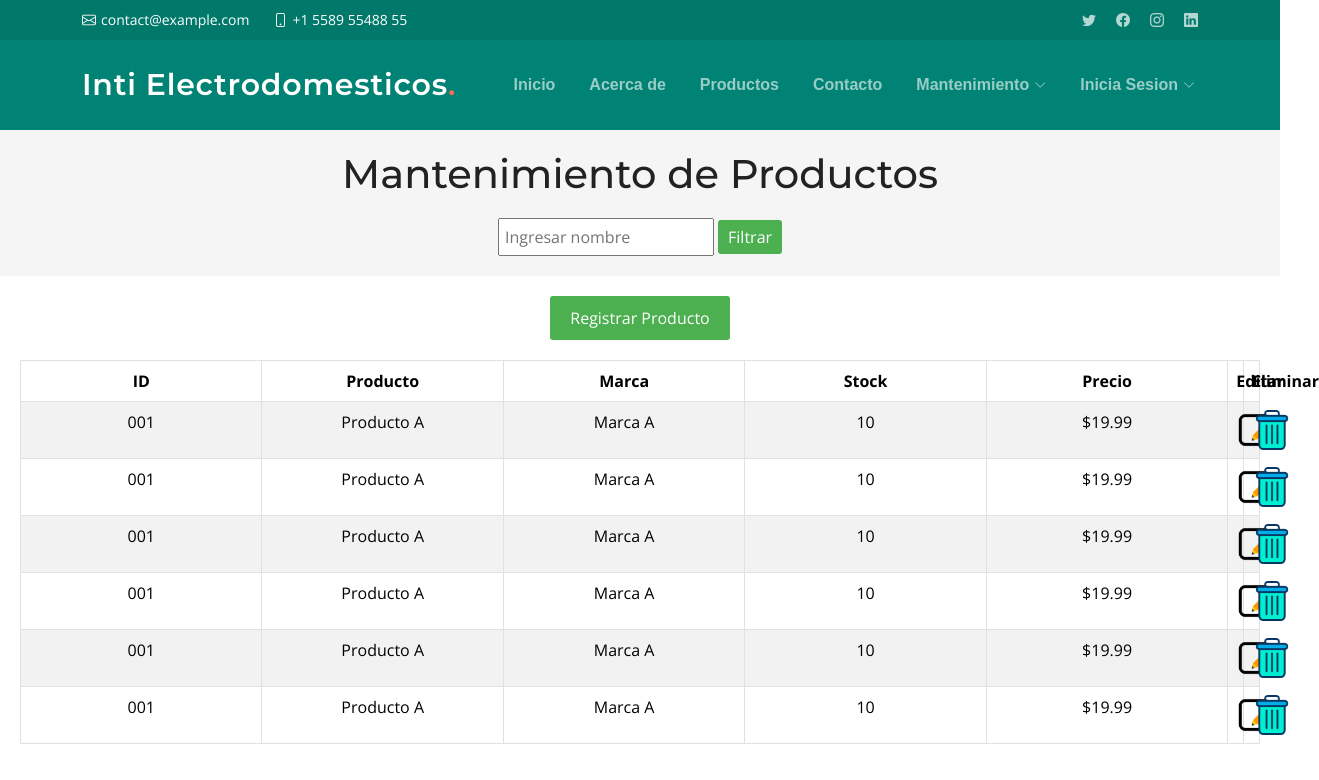
Repository: JReynaldoDelRio/DAWI---IntiElectrdomesticos
Page: http://localhost/mantenimientoProducto
The author's editor kept a copy of each file at every save. The page is drawn from the files as they stood at one save, then again after the next save.
The browser window is 1280 px wide. The page is 1319 px wide, then 1280 px, so the pictures cover 1319 px, including what lies to the right of the window. The pictures show the whole page.
Some web fonts or font styles are not loaded; a fallback is used. Some web libraries are served in a nearby version. The page is this project's Thymeleaf template; nobody is signed in. The template is opened directly, without the code that normally fills it, so the values that code supplies are empty.

Above is the page before, as saved 2023-06-07 17:29:52.

### IntiElectrodomesticos/src/main/resources/templates/mantenimientoProducto.html
<!DOCTYPE html>
<html>
<head>
<meta charset="ISO-8859-1">
  <meta charset="utf-8">
  <meta content="width=device-width, initial-scale=1.0" name="viewport">

<link rel="stylesheet" href="css/producto.css">

  <link href="assets/img/favicon.png" rel="icon">
  <link href="assets/img/apple-touch-icon.png" rel="apple-touch-icon">

  <link rel="preconnect" href="https://fonts.googleapis.com">
  <link rel="preconnect" href="https://fonts.gstatic.com" crossorigin>
  <link href="https://fonts.googleapis.com/css2?family=Open+Sans:ital,wght@0,300;0,400;0,500;0,600;0,700;1,300;1,400;1,600;1,700&family=Montserrat:ital,wght@0,300;0,400;0,500;0,600;0,700;1,300;1,400;1,500;1,600;1,700&family=Raleway:ital,wght@0,300;0,400;0,500;0,600;0,700;1,300;1,400;1,500;1,600;1,700&display=swap" rel="stylesheet">

  <link href="assets/vendor/bootstrap/css/bootstrap.min.css" rel="stylesheet">
  <link href="assets/vendor/bootstrap-icons/bootstrap-icons.css" rel="stylesheet">
  <link href="assets/vendor/aos/aos.css" rel="stylesheet">
  <link href="assets/vendor/glightbox/css/glightbox.min.css" rel="stylesheet">
  <link href="assets/vendor/swiper/swiper-bundle.min.css" rel="stylesheet">
  <link rel="stylesheet" href="https://cdn.jsdelivr.net/npm/bootstrap@5.7.1/dist/css/bootstrap.min.css">


  <link href="assets/css/main.css" rel="stylesheet">

<title>Mantenimiento Producto</title>
</head>
<body>

<section id="topbar" class="topbar d-flex align-items-center">
    <div class="container d-flex justify-content-center justify-content-md-between">
      <div class="contact-info d-flex align-items-center">
        <i class="bi bi-envelope d-flex align-items-center"><a href="mailto:contact@example.com">contact@example.com</a></i>
        <i class="bi bi-phone d-flex align-items-center ms-4"><span>+1 5589 55488 55</span></i>
      </div>
      <div class="social-links d-none d-md-flex align-items-center">
        <a href="#" class="twitter"><i class="bi bi-twitter"></i></a>
        <a href="#" class="facebook"><i class="bi bi-facebook"></i></a>
        <a href="#" class="instagram"><i class="bi bi-instagram"></i></a>
        <a href="#" class="linkedin"><i class="bi bi-linkedin"></i></i></a>
      </div>
    </div>
  </section>

  <header id="header" class="header d-flex align-items-center">

    <div class="container-fluid container-xl d-flex align-items-center justify-content-between">
      <a href="index.html" class="logo d-flex align-items-center">

        <!-- <img src="assets/img/logo.png" alt=""> -->
        <h1>Inti Electrodomesticos<span>.</span></h1>
      </a>
      <nav id="navbar" class="navbar">
        <ul>
          <li><a href="/inicio">Inicio</a></li>
          <li><a href="#about">Acerca de </a></li>

          <li><a href="#portfolio">Productos</a></li>



          <li><a href="#contact">Contacto</a></li>
          <li class="dropdown"><a href="#"><span>Mantenimiento</span> <i class="bi bi-chevron-down dropdown-indicator"></i></a>
            <ul>

              <li class="dropdown"><a href="/mantenimientoProducto"><span>Productos</span> <i class="bi bi-chevron-down dropdown-indicator"></i></a>
              </li>
              <li class="dropdown"><a href="#"><span>Cliente</span> <i class="bi bi-chevron-down dropdown-indicator"></i></a>
                <ul>
                  <li><a href="#">Listar</a></li>
                  <li><a href="#">Agregar</a></li>
                  <li><a href="#">Eliminar</a></li>
                  <li><a href="#">Actualizar</a></li>
                </ul>
              </li>
              <li class="dropdown"><a href="#"><span>Proveedor</span> <i class="bi bi-chevron-down dropdown-indicator"></i></a>
                <ul>
                  <li><a href="#">Listar</a></li>
                  <li><a href="#">Agregar</a></li>
                  <li><a href="#">Eliminar</a></li>
                  <li><a href="#">Actualizar</a></li>
                </ul>
              </li>
              <li class="dropdown"><a href="#"><span>Factura</span> <i class="bi bi-chevron-down dropdown-indicator"></i></a>
                <ul>
                  <li><a href="#">Listar</a></li>
                  <li><a href="#">Agregar</a></li>
                  <li><a href="#">Eliminar</a></li>
                  <li><a href="#">Actualizar</a></li>
                </ul>
              </li>


            </ul>
          </li>
          <li class="dropdown"><a href="#"><span>Inicia Sesion</span> <i class="bi bi-chevron-down dropdown-indicator"></i></a>
            <ul>

              <li class="dropdown"><a href="#"><span>Ingresar</span> </a>

              </li>
              <li class="dropdown"><a href="#"><span>Registrar</span> </a>

              </li>

            </ul>
          </li>

        </ul>
      </nav>

      <i class="mobile-nav-toggle mobile-nav-show bi bi-list"></i>
      <i class="mobile-nav-toggle mobile-nav-hide d-none bi bi-x"></i>

    </div>
  </header>
 <header>
        <h1>Mantenimiento de Productos</h1>
        <div class="filter-form">
          <input type="text" placeholder="Ingresar nombre">
          <button>Filtrar</button>
        </div>
      </header>
      <main>
        <button class="register-button" onclick="openDialog()">Registrar Producto</button>
        <table class="table table-bordered table-striped text-center">
          <thead>
            <tr>
              <th>ID</th>
              <th>Producto</th>
              <th>Marca</th>
              <th>Stock</th>
              <th>Precio</th>
              <th>Editar</th>
              <th>Eliminar</th>
            </tr>
          </thead>
          <tbody>
            <tr>
              <td>001</td>
              <td>Producto A</td>
              <td>Marca A</td>
              <td>10</td>
              <td>$19.99</td>
              <td><img src="img/editar.png" alt="Editar"></td>
              <td><img src="img/eliminar.png" alt="Editar"></td>
            </tr>
            <!-- Más filas de la tabla aquí -->
            <tr>
                <td>001</td>
                <td>Producto A</td>
                <td>Marca A</td>
                <td>10</td>
                <td>$19.99</td>
                <td><img src="img/editar.png" alt="Editar"></td>
                <td><img src="img/eliminar.png" alt="Editar"></td>
              </tr>
              <tr>
                <td>001</td>
                <td>Producto A</td>
                <td>Marca A</td>
                <td>10</td>
                <td>$19.99</td>
                <td><img src="img/editar.png" alt="Editar"></td>
                <td><img src="img/eliminar.png" alt="Editar"></td>
              </tr>
              <tr>
                <td>001</td>
                <td>Producto A</td>
                <td>Marca A</td>
                <td>10</td>
                <td>$19.99</td>
                <td><img src="img/editar.png" alt="Editar"></td>
                <td><img src="img/eliminar.png" alt="Editar"></td>
              </tr>
              <tr>
                <td>001</td>
                <td>Producto A</td>
                <td>Marca A</td>
                <td>10</td>
                <td>$19.99</td>
                <td><img src="img/editar.png" alt="Editar"></td>
                <td><img src="img/eliminar.png" alt="Editar"></td>
              </tr>
              <tr>
                <td>001</td>
                <td>Producto A</td>
                <td>Marca A</td>
                <td>10</td>
                <td>$19.99</td>
                <td><img src="img/editar.png" alt="Editar"></td>
                <td><img src="img/eliminar.png" alt="Editar"></td>
              </tr>
          </tbody>
        </table>
      </main>

    <dialog id="register-dialog" >
        <h2>Registro de Producto</h2>
        <form>
          <label for="name">Nombre:</label>
          <select id="name">
            <option value="producto1">Producto 1</option>
            <option value="producto2">Producto 2</option>
            <option value="producto3">Producto 3</option>
          </select>

          <label for="brand">Marca:</label>
          <select id="brand">
            <option value="marca1">Marca 1</option>
            <option value="marca2">Marca 2</option>
            <option value="marca3">Marca 3</option>
          </select>

          <label for="stock">Stock:</label>
          <input type="number" id="stock">

          <label for="price">Precio:</label>
          <input type="number" step="0.01" id="price">

          <button type="button" onclick="registerProduct()">Registrar</button>
          <button type="button" onclick="closeDialog()">Cancelar</button>
        </form>
      </dialog>
      <script src="js/producto.js"></script>
</body>
</html>

### IntiElectrodomesticos/src/main/resources/static/css/producto.css
body {
	font-family: Arial, sans-serif;
	margin: 0;
	padding: 0;
}

header {
	background-color: #f5f5f5;
	padding: 20px;
}

h1 {
	text-align: center;
	margin-top: 0;
}

.filter-form {
	text-align: center;
	margin-top: 20px;
}

.filter-form input[type="text"] {
	padding: 5px;
}

.filter-form button {
	padding: 5px 10px;
	background-color: #4CAF50;
	color: white;
	border: none;
	border-radius: 3px;
	cursor: pointer;
}

main {
	padding: 20px;
	display: flex;
	flex-direction: column;
	align-items: center;
}

.register-button {
	padding: 10px 20px;
	background-color: #4CAF50;
	color: white;
	border: none;
	border-radius: 3px;
	cursor: pointer;
	margin-bottom: 20px;
}

table {
	margin: 0 auto; /* Centrar la tabla horizontalmente */
	max-width: 1400px; /* Ancho máximo de la tabla */
	width: 100%;
	table-layout: fixed; /* Fijar el ancho de las columnas */
}

th, td {
	padding: 10px;
	text-align: center;
	border-bottom: 1px solid #ddd;
}

th {
	background-color: #f5f5f5;
}

tbody tr:hover {
	background-color: #f9f9f9;
}

th:nth-child(6), td:nth-child(6), th:nth-child(7), td:nth-child(7) {
	width: 1.28%; /* Tamaño de cada columna (100% / 7) */
}



img {
	width: 40px;
	height: 40px;
}

dialog {
	border: none;
	padding: 20px;
	width: 400px;
	background-color: #f5f5f5;
	position: fixed;
	top: 50%;
	left: 30%;
	transform: translate(-50%, -50%);
}

dialog h2 {
	margin-top: 0;
	font-size: 24px;
	color: #4CAF50;
	border-bottom: 2px solid #4CAF50;
	text-align: center;
	padding-bottom: 10px;
}

dialog form {
	display: flex;
	flex-direction: column;
}

dialog label {
	margin-bottom: 5px;
}

dialog input, dialog select {
	margin-bottom: 10px;
	padding: 5px;
}

dialog button {
	padding: 5px 10px;
	background-color: #4CAF50;
	color: white;
	border: none;
	border-radius: 3px;
	cursor: pointer;
	margin-top: 10px;
}

Loaded but not shown: IntiElectrodomesticos/src/main/resources/static/js/producto.js (20 lines, source omitted); IntiElectrodomesticos/src/main/resources/static/assets/css/main.css (2669 lines, source omitted)

After the next save:
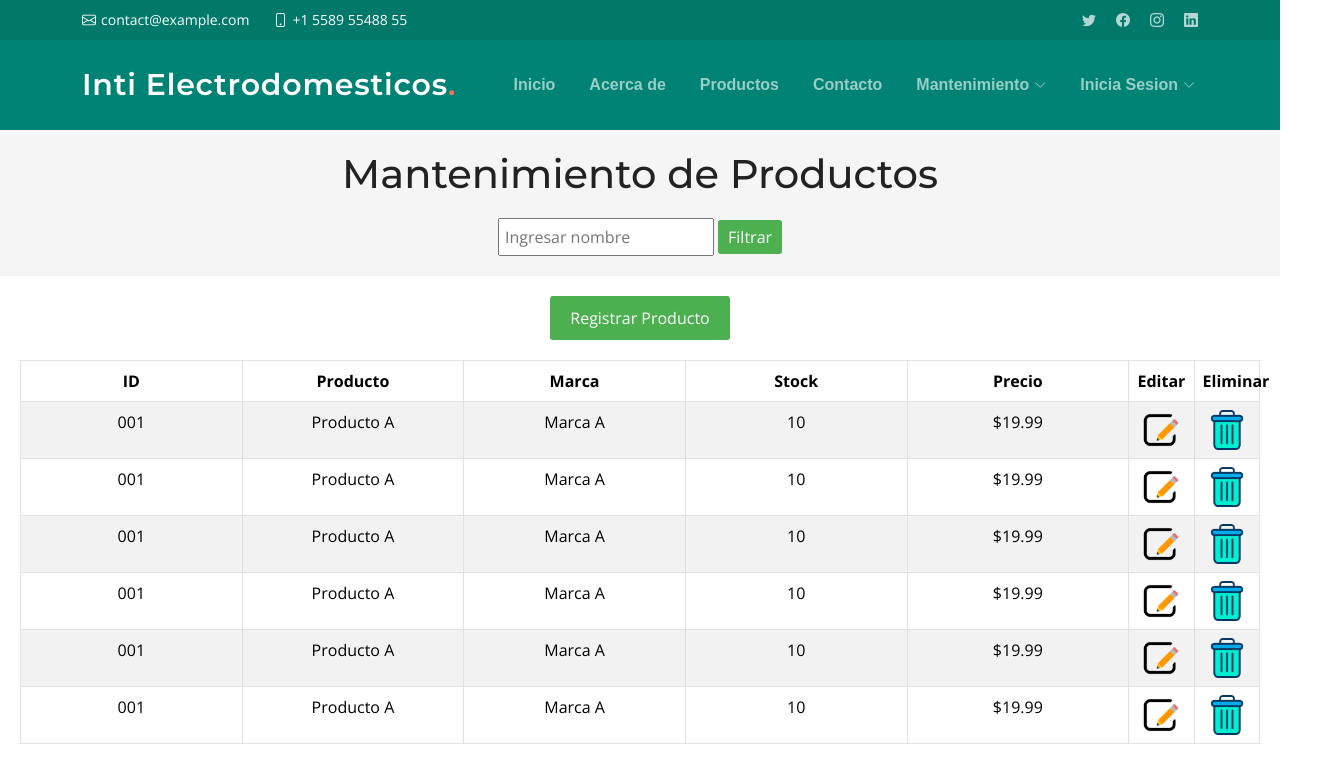
Saved 5 s later.
--- a/IntiElectrodomesticos/src/main/resources/static/css/producto.css
+++ b/IntiElectrodomesticos/src/main/resources/static/css/producto.css
@@ -71,7 +71,7 @@ tbody tr:hover {
 }
 
 th:nth-child(6), td:nth-child(6), th:nth-child(7), td:nth-child(7) {
-	width: 1.28%; /* Tamaño de cada columna (100% / 7) */
+	width: 5.28%; /* Tamaño de cada columna (100% / 7) */
 }
 
 
